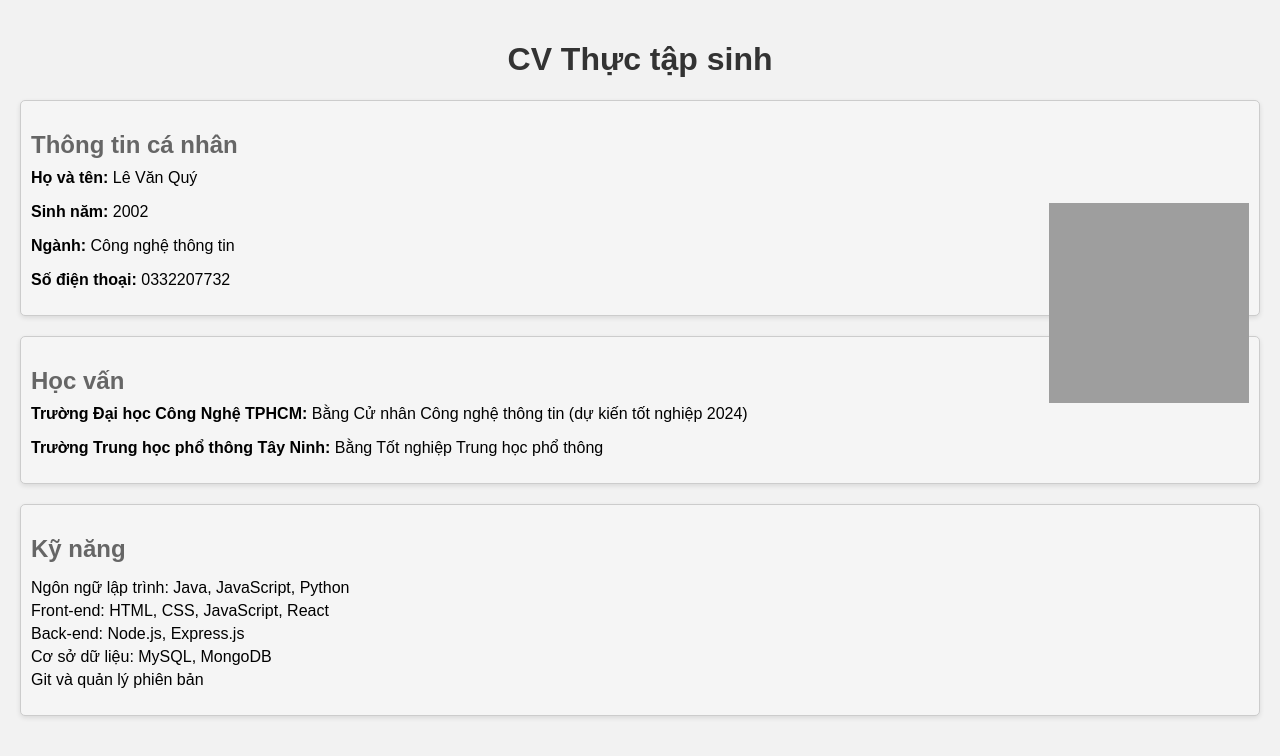
Repository: Quyed1/MonCongCu
Page: index.html
An editor plug-in stored every save of this project. The page is shown before and after the next save, followed by the edit.
The browser window is 1280 px wide. The pictures show the whole page.
Pictures or frames that could not be fetched are drawn as grey boxes.

Above is the page before, as saved 2024-03-15 10:21:14.

### index.html
<!DOCTYPE html>
<html lang="en">
<head>
  <meta charset="UTF-8">
  <meta name="viewport" content="width=device-width, initial-scale=1.0">
  <title>CV Thực tập sinh</title>
  <style>
    body {
      font-family: Arial, sans-serif;
      margin: 0;
      padding: 20px;
    }
    h1 {
      color: #333;
    }
    h2 {
      color: #666;
      margin-bottom: 10px;
    }
    p {
      margin-top: 0;
    }
    .section {
      margin-bottom: 20px;
    }
    .section-title {
      font-weight: bold;
    }
  </style>
</head>
<body>
  <h1>CV Thực tập sinh</h1>

  <div class="section">
    <h2>Thông tin cá nhân</h2>
    <p><strong>Họ và tên:</strong> Lê Văn Quý</p>
    <img src="https://studiochupanhdep.com/Upload/Images/Album/anh-cv-dep.jpg" alt="Ảnh cá nhân" class="profile-image">
    <p><strong>Sinh năm:</strong> 2002</p>
    <p><strong>Ngành:</strong> Công nghệ thông tin</p>
    <p><strong>Số điện thoại:</strong> 0332207732</p>
  </div>

  <div class="section">
    <h2>Học vấn</h2>
    <p><strong>Trường Đại học Công Nghệ TPHCM:</strong> Bằng Cử nhân Công nghệ thông tin (dự kiến tốt nghiệp 2024)</p>
    <p><strong>Trường Trung học phổ thông Tây Ninh:</strong> Bằng Tốt nghiệp Trung học phổ thông</p>
  </div>

  <div class="section">
    <h2>Kỹ năng</h2>
    <ul>
      <li>Ngôn ngữ lập trình: Java, JavaScript, Python</li>
      <li>Front-end: HTML, CSS, JavaScript, React</li>
      <li>Back-end: Node.js, Express.js</li>
      <li>Cơ sở dữ liệu: MySQL, MongoDB</li>
      <li>Git và quản lý phiên bản</li>
    </ul>
  </div>
</body>
</html>
<link rel="stylesheet" href="style.css">

### style.css
body {
    font-family: Arial, sans-serif;
    margin: 0;
    padding: 20px;
    background-color: #f2f2f2;
  }

  h1 {
    color: #333;
    text-align: center;
  }

  h2 {
    color: #666;
    margin-bottom: 10px;
  }

  p {
    margin-top: 0;
  }

  .section {
    margin-bottom: 20px;
    padding: 10px;
    background-color: #fff;
    border-radius: 5px;
    box-shadow: 0 2px 5px rgba(0, 0, 0, 0.1);
  }

  .section-title {
    font-weight: bold;
  }

  ul {
    list-style-type: none;
    padding: 0;
  }

  li {
    margin-bottom: 5px;
  }

  /* Custom colors */
  body {
    background-color: #f2f2f2;
  }

  h1 {
    color: #333;
  }

  h2 {
    color: #666;
  }

  .section {
    background-color: #fff;
    box-shadow: 0 2px 5px rgba(0, 0, 0, 0.1);
  }

  .profile-image {
    width: 200px;
    height: 200px;
    float: right;
    margin-left: 100px;

  }
  .section-title {
    color: #333;
  }

  /* Add your custom styles below this line */

  /* Example: Change the color of the section title */
  .section-title {
    color: #ff0000; /* Red */
  }

  /* Example: Change the background color of the section */
  .section {
    background-color: #f5f5f5; /* Light gray */
  }

  /* Example: Change the font size of the paragraphs */
  p {
    font-size: 16px;
  }

  /* Example: Add a border to the sections */
  .section {
    border: 1px solid #ccc;
  }

After the next save:
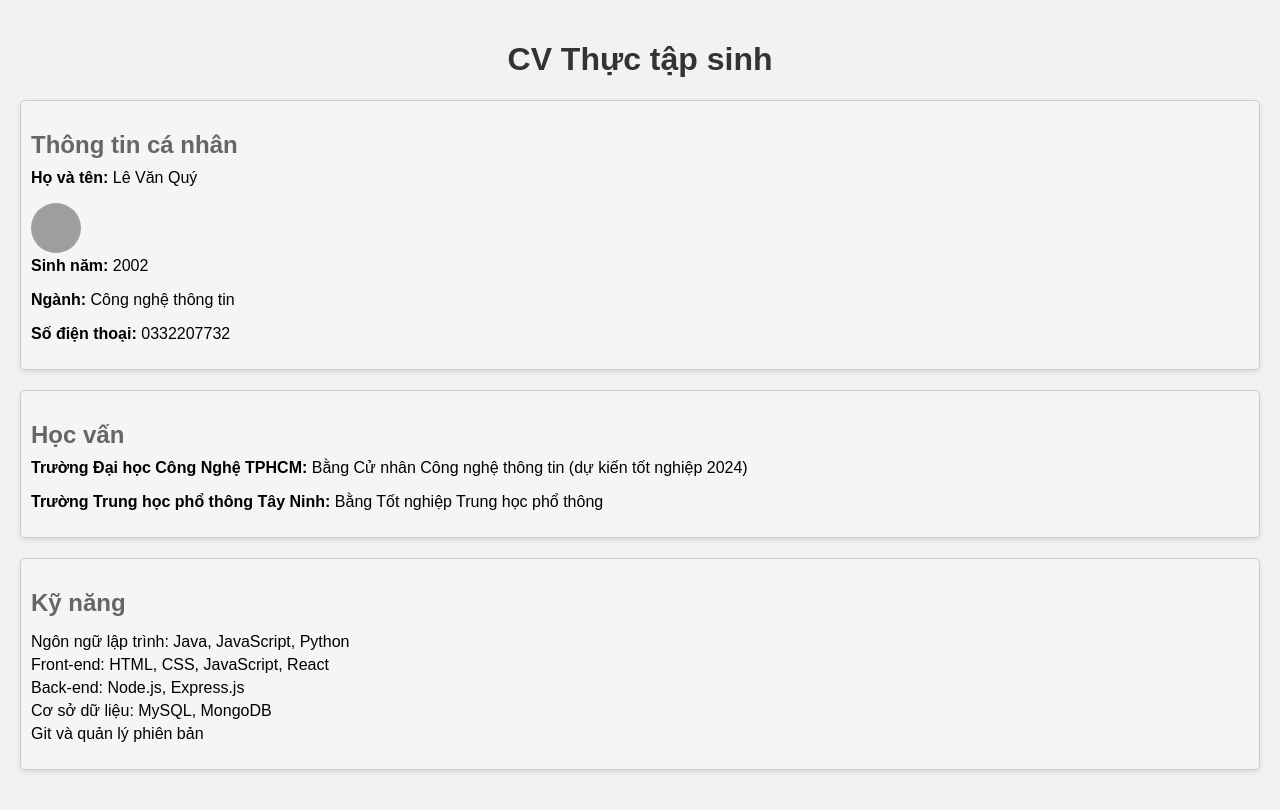
Saved 51 s later.
--- a/style.css
+++ b/style.css
@@ -59,14 +59,12 @@ body {
   }
 
   .profile-image {
-    width: 200px;
-    height: 200px;
-    float: right;
-    margin-left: 100px;
-
+    width: 50px;
+    height: 50px;
+    border-radius: 50%;
   }
   .section-title {
-    color: #333;
+    font-weight: bold;
   }
 
   /* Add your custom styles below this line */
